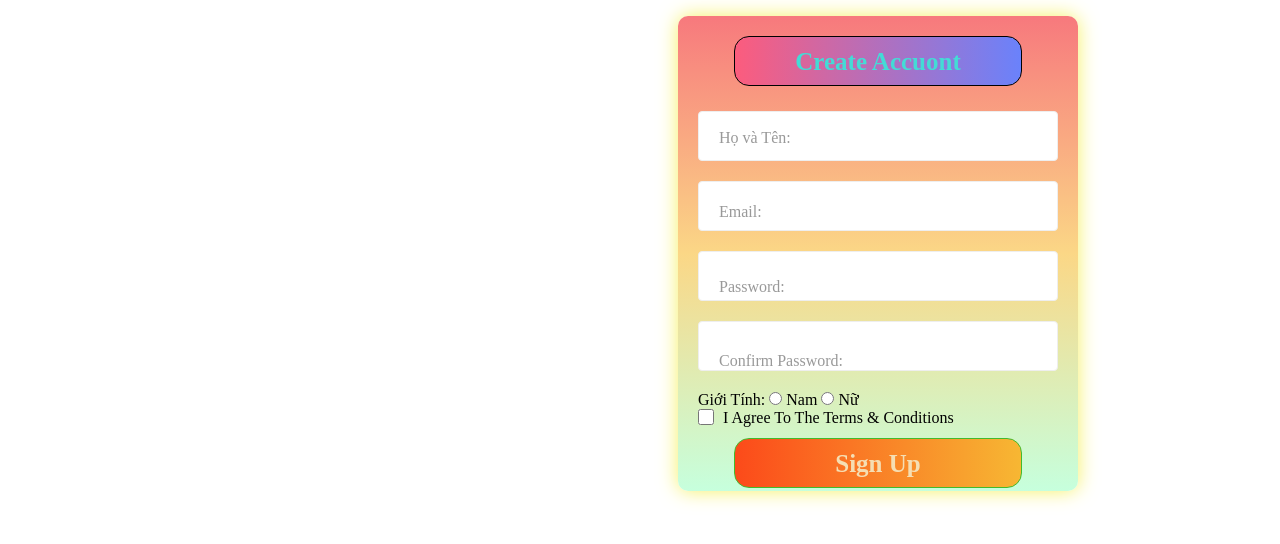
Repository: tung1233hhhhhhhhhhhhh/shoppingcart
Page: page/signup.html
The author's editor kept a copy of each file at every save. The page is drawn from the files as they stood at one save, then again after the next save.
The browser window is 1280 px wide. The pictures show the whole page.

Above is the page before, as saved 2023-07-21 00:17:59.

### page/signup.html
<!DOCTYPE html>
<html lang="en">

<head>
    <meta charset="UTF-8">
    <meta name="viewport" content="width=device-width, initial-scale=1.0">
    <title>Document</title>
    <link rel="stylesheet" href="./css/signup.css">
</head>

<body>



    <div class="form-box">
        <div class="text">Create Accuont</div>
        <div class="form-field">
            <input type="text" class="form-input-1" placeholder=" ">
            <label for="name" class="form-label-1">Họ và Tên:</label>
            <input type="email" class="form-input-2" placeholder=" ">
            <label for="email" class="form-label-2">Email:</label>
            <input type="password" class="form-input-3" placeholder=" ">
            <label for="password" class="form-label-3">Password:</label>
            <input type="password" class="form-input-4" placeholder=" ">
            <label for="password" class="form-label-4">Confirm Password:</label>
            <div class="form-gender">
                <label for="">Giới Tính:</label>
                <input type="radio" name="gender" value="Nam">
                <label for="">Nam</label>
                <input type="radio" name="gender" value="Nữ">
                <label for="">Nữ</label>
            </div>
        </div>
        <input type="checkbox" name="" class="checkbox">
        <span>I Agree To The Terms & Conditions</span>
        <div class="Login">Sign Up</div>

    </div>


</body>

</html>

### page/css/signup.css
* {
    padding: 0;
    margin: 0;
    box-sizing: border-box;
}

.form-box {
    /* display: block; */
    width: 400px;
    height: 475px;
    padding: 20px;
    margin: auto;
    transform: translateY(16px);
    /* transform: translateY(66px); */
    margin-right: 202px;
    background-image: linear-gradient(to top, #c6ffdd, #fbd786, #f7797d);
    border-radius: 10px;
    box-shadow: 0 0 20px #f6f163;
    animation: FormAnimation ease-in .5s;
}

.form-box .text {
    width: 80%;
    height: 50px;
    background-image: linear-gradient(to right, #fc5c7d, #6a82fb);
    border-radius: 15px;
    border: 1px solid black;
    margin: 0 auto;
    margin-bottom: 25px;
    font-family: 'Oleo Script', cursive;
    font-size: 25px;
    font-weight: 800;
    text-align: center;
    line-height: 50px;
    color: #44dbd6;
}

.form-box .Login {
    width: 80%;
    height: 50px;
    border-radius: 15px;
    border: 1px solid #43ba2d;
    margin: 0 auto;
    margin-top: 9px;
    background-image: linear-gradient(to right, #fc4a1a, #f7b733);
    font-family: 'Oleo Script', cursive;
    font-size: 25px;
    font-weight: 800;
    text-align: center;
    line-height: 50px;
    color: wheat;
}


.form-box .Login:hover {
    cursor: pointer;
    opacity: 0.7;
    transition: .5s ease;

}

.form-box .text-bottom {
    font-size: 18px;
    font-family: 'Poppins', sans-serif;
    text-align: center;
    line-height: 1.5;
    margin-top: 20px;
    color: #453e7e;
    font-weight: 550;
}

.form-box .text-bottom .log-in {
    margin-top: 10px;
    word-spacing: 5px;
}

.form-box .text-bottom a {
    text-decoration: none;
    color: orange;
    margin-right: 3px;
}

.form-box .text-bottom a:hover {
    color: orangered;
    transition: .5s ease;
}


.form-input-4,
.form-input-3,
.form-input-1,
.form-input-2 {
    padding: 0 20px;
    margin-bottom: 20px;
    border: 1px solid #eee;
    border-radius: 4px;
    width: 100%;
    height: 50px;
    transition: .25s ease;

}

.form-input-4:focus,
.form-input-3:focus,
.form-input-2:focus,
.form-input-1:focus {
    outline: none;
    border-color: #6a5af9;

}

.form-field {
    position: relative;

}

.form-label-1 {
    position: absolute;
    top: 9%;
    transform: translateY(-50%);
    left: 21px;
    user-select: none;
    color: #999;
    pointer-events: none;
    transition: .5s ease;
}

.form-label-2 {
    user-select: none;
    position: absolute;
    left: 21px;
    color: #999;
    pointer-events: none;
    transition: .5s ease;
    transform: translateY(-50%);
    top: 34%;
}

.form-label-3 {
    user-select: none;
    position: absolute;
    left: 21px;
    color: #999;
    pointer-events: none;
    transition: .5s ease;
    transform: translateY(-50%);
    top: 59%;
}

.form-label-4 {
    user-select: none;
    position: absolute;
    left: 21px;
    color: #999;
    pointer-events: none;
    transition: .5s ease;
    transform: translateY(-50%);
    top: 84%;
}



input.checkbox {
    background: #8DC26F;
    cursor: pointer;
    width: 1.2em;
    height: 1.2em;
    background-color: rgba(234, 235, 234, 0);

}

.checkbox:focus {
    transition: .5s ease;
}




.form-box span {
    margin-left: 5px;
    display: inline-block;
    transform: translateY(-2px);
}





.form-input-1:not(:placeholder-shown)+.form-label-1,
.form-input-1:focus+.form-label-1 {
    top: 0;
    left: 11px;
    padding: 0 10px;
    display: inline-block;
    background-color: white;
    color: #6a5af9;
    transition: .5s ease;
    border: 1px solid #6a5af9;
    border-radius: 5px;

}

.form-input-2:not(:placeholder-shown)+.form-label-2,
.form-input-2:focus+.form-label-2 {
    left: 11px;
    padding: 0 10px;
    display: inline-block;
    background-color: white;
    color: #6a5af9;
    transition: .5s ease;
    top: 70px;
    border: 1px solid #6a5af9;
    border-radius: 5px;
}

.form-input-3:not(:placeholder-shown)+.form-label-3,
.form-input-3:focus+.form-label-3 {
    top: 140px;
    left: 11px;
    padding: 0 10px;
    display: inline-block;
    background-color: white;
    color: #6a5af9;
    transition: .5s ease;
    border: 1px solid #6a5af9;
    border-radius: 5px;

}

.form-input-4:not(:placeholder-shown)+.form-label-4,
.form-input-4:focus+.form-label-4 {
    left: 11px;
    padding: 0 10px;
    display: inline-block;
    background-color: white;
    color: #6a5af9;
    transition: .5s ease;
    top: 210px;
    border: 1px solid #6a5af9;
    border-radius: 5px;
}

@keyframes FormAnimation {
    from {
        transform: translateX(202px);
    }

    to {}
}

After the next save:
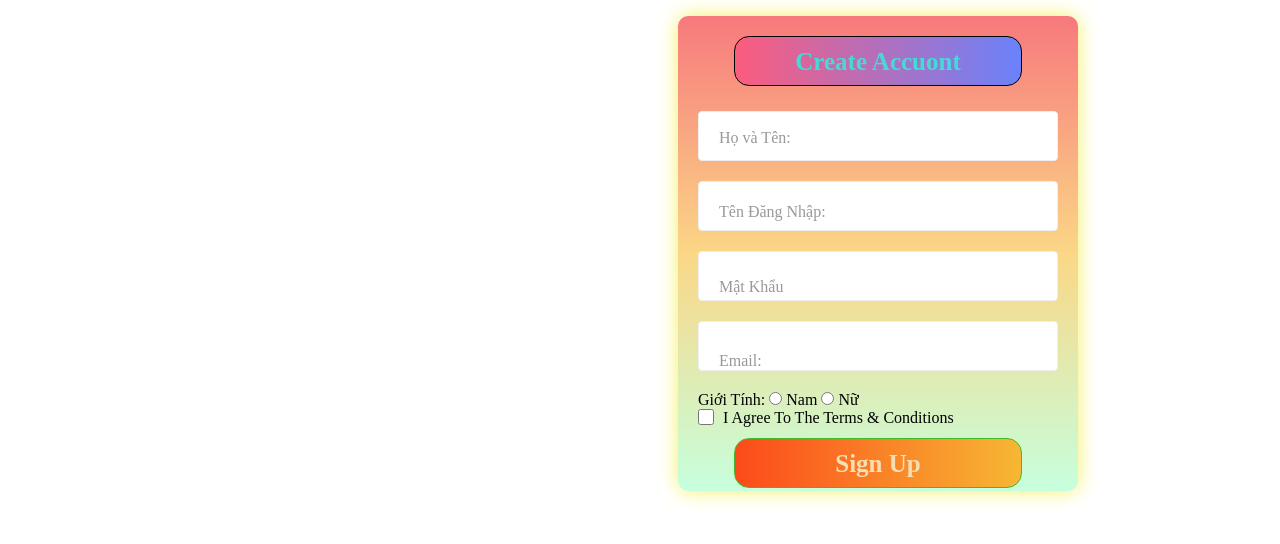
Saved 5 min 31 s later.
--- a/page/signup.html
+++ b/page/signup.html
@@ -15,14 +15,14 @@
     <div class="form-box">
         <div class="text">Create Accuont</div>
         <div class="form-field">
-            <input type="text" class="form-input-1" placeholder=" ">
-            <label for="name" class="form-label-1">Họ và Tên:</label>
-            <input type="email" class="form-input-2" placeholder=" ">
-            <label for="email" class="form-label-2">Email:</label>
+            <input type="text" class="form-input-1" placeholder=" " name="fullname">
+            <label for="fullname" class="form-label-1">Họ và Tên:</label>
+            <input type="text" class="form-input-2" placeholder=" ">
+            <label for="username" class="form-label-2" name="username">Tên Đăng Nhập:</label>
             <input type="password" class="form-input-3" placeholder=" ">
-            <label for="password" class="form-label-3">Password:</label>
-            <input type="password" class="form-input-4" placeholder=" ">
-            <label for="password" class="form-label-4">Confirm Password:</label>
+            <label for="password" class="form-label-3" name="password">Mật Khẩu</label>
+            <input type="text" class="form-input-4" placeholder=" " name="email">
+            <label for="Email" class="form-label-4">Email:</label>
             <div class="form-gender">
                 <label for="">Giới Tính:</label>
                 <input type="radio" name="gender" value="Nam">
